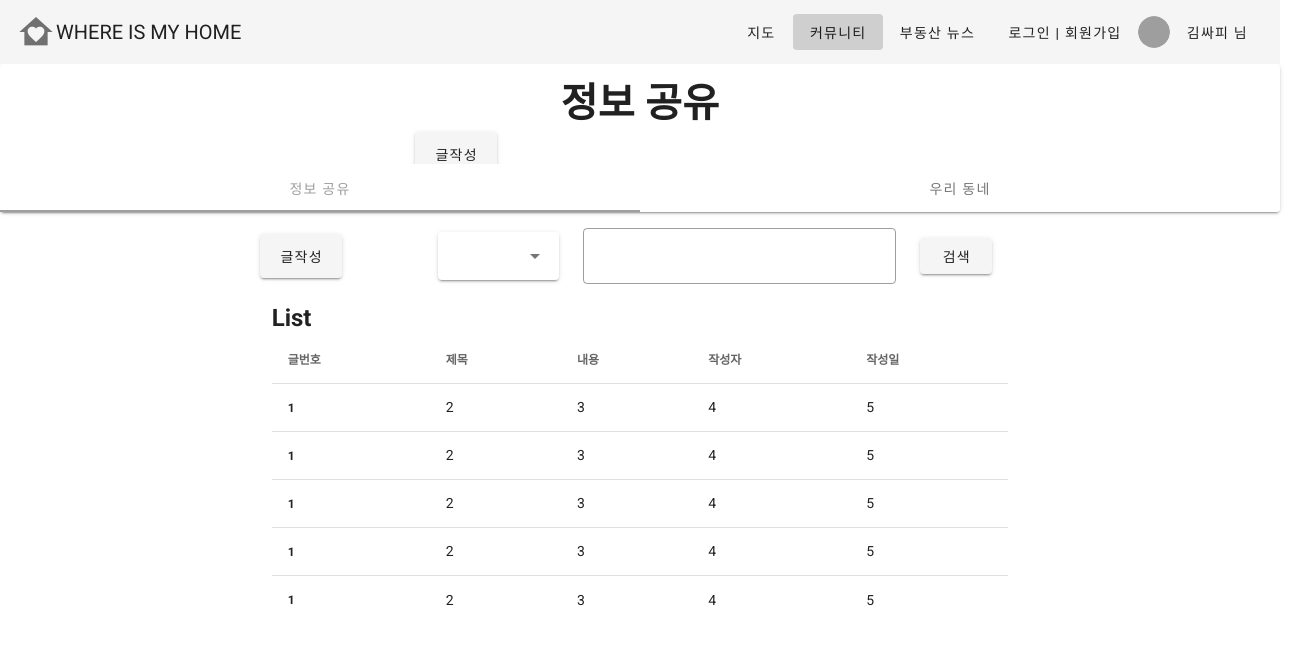
Repository: misso88/vue-whereIsMyHome
Page: /community/list
An editor plug-in stored every save of this project. The page is shown before and after a run of saves, followed by the edit.
The browser window is 1280 px wide. The page is 1292 px wide, so the pictures cover 1292 px, including what lies to the right of the window. The pictures show the whole page.
Pictures or frames that could not be fetched are drawn as grey boxes. The project was rebuilt for these pictures with package versions that can differ from the ones it lists, and the page was loaded fresh each time. Also part of the build but not shown: vue.config.js, src/components/house/map/filter/LocationSelect.vue, src/components/house/HouseSearch.vue, src/views/AppMain.vue, src/components/house/sidebar/HouseListItem.vue, src/components/house/sidebar/HouseList.vue, src/components/house/sidebar/HouseListFilter.vue, src/components/house/sidebar/HouseSidebar.vue and 3 more. Imported but missing from the stored project, and not drawn on this page: src/assets/main.mp4.

Above is the page before, as saved 2022-11-17 17:49:30.

After the next 2 saves:
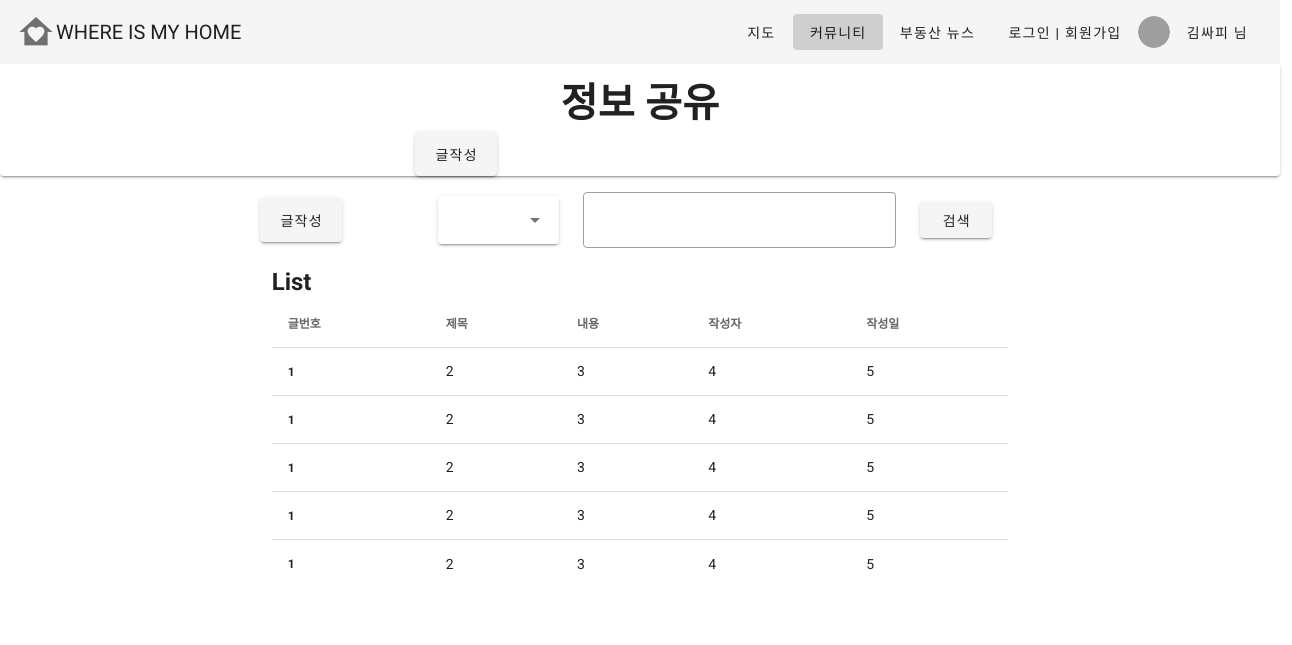
The 2 saves are shown as one change because they came seconds apart.
The last was saved 14 s later.
--- a/src/components/board/BoardHeader.vue
+++ b/src/components/board/BoardHeader.vue
@@ -22,19 +22,6 @@
     </v-col>
   <v-spacer/>
   </v-row>
-    <v-tabs
-      v-model="tab"
-      color="grey"
-      grow
-    >
-      <v-tab
-        v-for="item in tabs"
-        :key="item.type"
-        @click="clickTab(item.type)"
-        >
-        {{ item.title }}
-      </v-tab>
-    </v-tabs>
   </v-card>
 </template>
 
